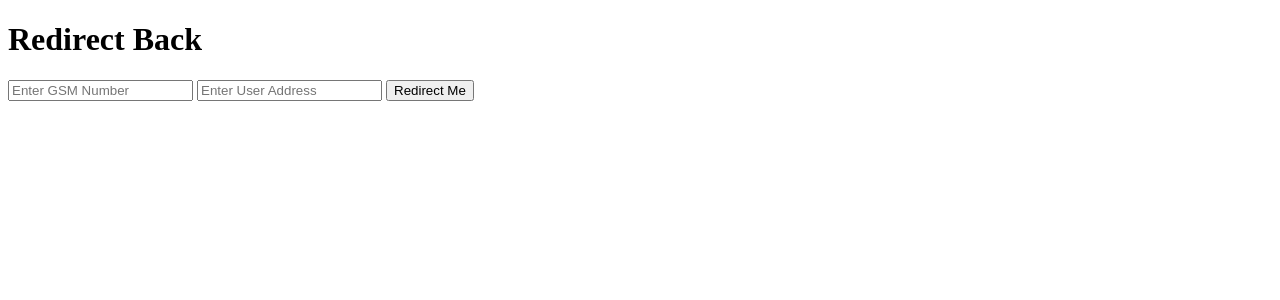
Repository: daBatmanCoder/redirect_back
Page: index.html
An editor plug-in stored every save of this project. The page is shown before and after a run of saves, followed by the edit.
The browser window is 1280 px wide. The pictures show the whole page.

Above is the page before, as saved 2024-08-01 10:03:25.

### index.html
<!DOCTYPE html>
<html lang="en">
<head>
    <meta charset="UTF-8">
    <meta name="viewport" content="width=device-width, initial-scale=1.0">
    <title>Redirect Back</title>
    <script src="script.js"></script>
</head>
<body>
    <h1>Redirect Back</h1>
        <!-- Visible inputs for GSM number and User Address -->
        <input type="text" name="gsm_number" placeholder="Enter GSM Number">
        <input type="text" name="user_address" placeholder="Enter User Address">


        <button id ="gsm" onclick="returnBack()">Redirect Me</button>
    </form>
</body>
</html>

### script.js


function returnBack() {

    const data_to_send = { action: "ITEM", body: { item: een_gsm, sp : de_sp } }

      if (window.webkit && window.webkit.messageHandlers && window.webkit.messageHandlers.buttonPressed) {
        window.webkit.messageHandlers.buttonPressed.postMessage(JSON.stringify(data_to_send))
      } else if (window.AndroidBridge && window.AndroidBridge.processAction) {
        window.AndroidBridge.processAction(JSON.stringify(data_to_send));
      } else {
        console.log("Native interface not available");
      }


}

After the next 2 saves:
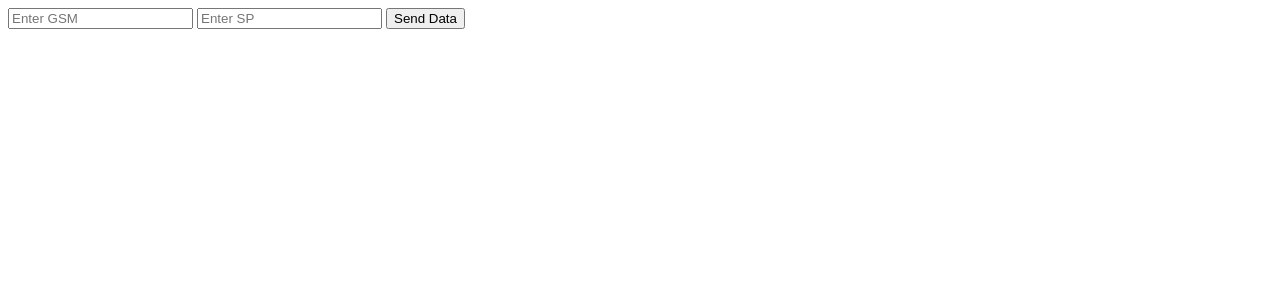
The 2 saves are shown as one change because they came seconds apart.
The last was saved 105 s later.
--- a/index.html
+++ b/index.html
@@ -4,16 +4,12 @@
     <meta charset="UTF-8">
     <meta name="viewport" content="width=device-width, initial-scale=1.0">
     <title>Redirect Back</title>
-    <script src="script.js"></script>
 </head>
 <body>
-    <h1>Redirect Back</h1>
-        <!-- Visible inputs for GSM number and User Address -->
-        <input type="text" name="gsm_number" placeholder="Enter GSM Number">
-        <input type="text" name="user_address" placeholder="Enter User Address">
+    <input type="text" id="eenGsmInput" placeholder="Enter GSM">
+    <input type="text" id="deSpInput" placeholder="Enter SP">
+    <button onclick="returnBack()">Send Data</button>
 
-
-        <button id ="gsm" onclick="returnBack()">Redirect Me</button>
-    </form>
+    <script src="script.js"></script>
 </body>
 </html>
